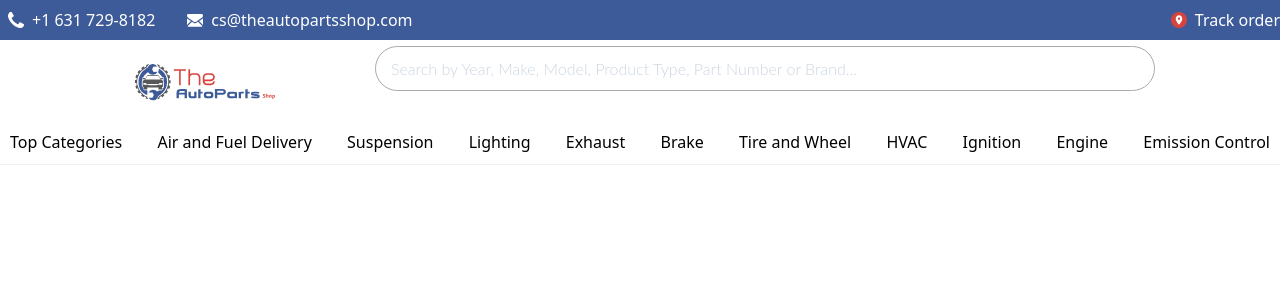
Repository: robindhimanspineor/TAPS-Next
Page: /
The author's editor kept a copy of each file at every save. The page is drawn from the files as they stood at one save, then again after the next save.
The browser window is 1280 px wide. The pictures show the whole page.
The project was rebuilt for these pictures with package versions that can differ from the ones it lists, and the page was loaded fresh each time. The framework's server and built-in components were replaced by stand-ins that run in the browser. Also part of the build but not shown: next.config.js.

Above is the page before, as saved 2021-09-16 17:14:21.

### src/pages/index.tsx
// import { useRouter } from 'next/router';

// import { Meta } from '../layout/Meta';
// import { Main } from '../templates/Main';
import Header from '../components/common/header';

const Index = () => {
  // const router = useRouter();

  return (
    // <Main
    //   meta={
    //     <Meta
    //       title="Next.js Boilerplate Presentation"
    //       description="Next js Boilerplate is the perfect starter code for your project. Build your React application with the Next.js framework."
    //     />
    //   }
    // >
    // </Main>
    <div>
      <main className="main-container block">
        <Header />
      </main>
    </div>
  );
};

export default Index;

### src/styles/main.css
@tailwind base;
a {
  @apply text-blue-700;
}

a:hover {
  @apply border-b-2 border-blue-700;
}

@tailwind components;
@tailwind utilities;
.content p {
  @apply my-6;
}

.content ul {
  @apply my-6;
}

a {
  text-decoration: none;
  color: black;
}

.main-header {
  display: flex;
  flex-direction: row;
  flex-wrap: nowrap;
  align-content: flex-start;
  align-items: center;
  height: 80px;
  max-width: 1580px;
  flex-grow: 1;
  width: 100%;
  padding: 0 125px 0 115px;
}

.logo {
  flex-basis: 260px;
  display: flex;
  align-items: center;
  justify-content: flex-start;
  padding-left: 20px;
}

.logo a {
  display: inline-block;
}

.logo a span {
  display: block;
  margin-top: 5px;
  width: 140px;
}

.searchbar {
  flex: 1;
}

.searchbar .form-group-wrapper {
  position: relative;
}

.searchbar .form-group-wrapper input {
  padding-right: 35px;
}

.searchbar input {
  border-radius: 50px;
  padding-right: 10px;
}

.react-autosuggest__input {
  width: 100%;
  height: 45px;
  padding: 0 65px 0 15px;
  font-weight: 300;
  font-size: 16px;
  border: 1px solid #aaa;
  border-radius: 4px;
  font-family: 'Lato';
}

### src/components/common/header/index.tsx
import TopHeader from './top-header';
import MainHeader from './main-header';
import CategoriesHeader from './categories-header';

const Header = () => {
  return (
    <header className="flex flex-col items-center justify-center w-full static border-b z-50">
      <TopHeader />
      <MainHeader />
      <CategoriesHeader />
    </header>
  );
};

export default Header;

### src/components/common/header/top-header.tsx
import PhoneHandle from '../../../svg/PhoneHandleSvg.js';
import MailBoxSvg from '../../../svg/MailBoxSvg.js';
import TrackOrderSvg from '../../../svg/TrackOrderSvg.js';

import topHeaderStyles from '../../../styles/top-header.module.css';
const TopHeader = () => {
  return (
    <div className={`${topHeaderStyles.bgBlue} head-top py-2 w-full text-base`}>
      <div className="w-screen max-w-screen-xl flex justify-between mx-auto">
        <div className="head-top-left flex text-white font-medium pl-2">
          <div className="head-top-phone flex items-center text-white w-auto">
            <div
              className="text-white h-6 w-6 flex items-center pr-2"
              style={{ fill: '#fff' }}
            >
              <PhoneHandle />
            </div>
            <p>+1 631 729-8182</p>
          </div>
          <div className="heap-top-email flex items-center text-white w-auto ml-8">
            <div
              className="text-white h-6 w-6 flex items-center pr-2"
              style={{ fill: '#fff' }}
            >
              <MailBoxSvg />
            </div>
            <p>cs@theautopartsshop.com</p>
          </div>
        </div>
        <div className="head-top-right text-white font-medium">
          <div
            className="head-top-track-order flex items-center text-white w-auto cursor-pointer"
            onClick={() => console.log('track order')}
          >
            <div
              className="text-white h-6 w-6 flex items-center pr-2 "
              style={{ fill: '#fff' }}
            >
              <TrackOrderSvg />
            </div>
            <p>Track order</p>
          </div>
        </div>
      </div>
    </div>
  );
};
export default TopHeader;

### src/components/common/header/main-header.tsx
import Logo from './logo';
import SearchBar from './searchbar';

const MainHeader = () => {
  return (
    <div className="main-header">
      <Logo />
      <SearchBar />
      <div className="cart-button"></div>
    </div>
  );
};

export default MainHeader;

### src/components/common/header/categories-header.tsx
import Link from 'next/link';
const CategoriesHeader = () => {
  return (
    <div className="header-categories w-screen max-w-screen-xl flex justify-between ">
      <Link href="/">
        <a className="m-2.5 text-black">Top Categories</a>
      </Link>
      <Link href="/air-and-fuel-delivery">
        <a className="m-2.5 text-black">Air and Fuel Delivery</a>
      </Link>
      <Link href="/suspension">
        <a className="m-2.5 text-black">Suspension</a>
      </Link>
      <Link href="/electrical-lighting-and-body">
        <a className="m-2.5 text-black">Lighting</a>
      </Link>
      <Link href="/exhaust">
        <a className="m-2.5 text-black">Exhaust</a>
      </Link>
      <Link href="/brake">
        <a className="m-2.5 text-black">Brake</a>
      </Link>
      <Link href="/tire-and-wheel">
        <a className="m-2.5 text-black">Tire and Wheel</a>
      </Link>
      <Link href="/hvac">
        <a className="m-2.5 text-black">HVAC</a>
      </Link>
      <Link href="/ignition">
        <a className="m-2.5 text-black">Ignition</a>
      </Link>
      <Link href="/engine">
        <a className="m-2.5 text-black">Engine</a>
      </Link>
      <Link href="/emission-control">
        <a className="m-2.5 text-black">Emission Control</a>
      </Link>
    </div>
  );
};

export default CategoriesHeader;

### src/svg/PhoneHandleSvg.js
import React from 'react';

const PhoneHandle = () => (
  <svg
    version="1.1"
    xmlns="http://www.w3.org/2000/svg"
    xmlnsXlink="http://www.w3.org/1999/xlink"
    x="0px"
    y="0px"
    width="401.998px"
    height="401.998px"
    viewBox="0 0 401.998 401.998"
    style={{ enableBackground: 'new 0 0 401.998 401.998' }}
    xmlSpace="preserve"
    aria-label="phone handle svg"
  >
    <g>
      <path
        d="M401.129,311.475c-1.137-3.426-8.371-8.473-21.697-15.129c-3.61-2.098-8.754-4.949-15.41-8.566
		c-6.662-3.617-12.709-6.95-18.13-9.996c-5.432-3.045-10.521-5.995-15.276-8.846c-0.76-0.571-3.139-2.234-7.136-5
		c-4.001-2.758-7.375-4.805-10.14-6.14c-2.759-1.327-5.473-1.995-8.138-1.995c-3.806,0-8.56,2.714-14.268,8.135
		c-5.708,5.428-10.944,11.324-15.7,17.706c-4.757,6.379-9.802,12.275-15.126,17.7c-5.332,5.427-9.713,8.138-13.135,8.138
		c-1.718,0-3.86-0.479-6.427-1.424c-2.566-0.951-4.518-1.766-5.858-2.423c-1.328-0.671-3.607-1.999-6.845-4.004
		c-3.244-1.999-5.048-3.094-5.428-3.285c-26.075-14.469-48.438-31.029-67.093-49.676c-18.649-18.658-35.211-41.019-49.676-67.097
		c-0.19-0.381-1.287-2.19-3.284-5.424c-2-3.237-3.333-5.518-3.999-6.854c-0.666-1.331-1.475-3.283-2.425-5.852
		s-1.427-4.709-1.427-6.424c0-3.424,2.713-7.804,8.138-13.134c5.424-5.327,11.326-10.373,17.7-15.128
		c6.379-4.755,12.275-9.991,17.701-15.699c5.424-5.711,8.136-10.467,8.136-14.273c0-2.663-0.666-5.378-1.997-8.137
		c-1.332-2.765-3.378-6.139-6.139-10.138c-2.762-3.997-4.427-6.374-4.999-7.139c-2.852-4.755-5.799-9.846-8.848-15.271
		c-3.049-5.424-6.377-11.47-9.995-18.131c-3.615-6.658-6.468-11.799-8.564-15.415C98.986,9.233,93.943,1.997,90.516,0.859
		C89.183,0.288,87.183,0,84.521,0c-5.142,0-11.85,0.95-20.129,2.856c-8.282,1.903-14.799,3.899-19.558,5.996
		c-9.517,3.995-19.604,15.605-30.264,34.826C4.863,61.566,0.01,79.271,0.01,96.78c0,5.135,0.333,10.131,0.999,14.989
		c0.666,4.853,1.856,10.326,3.571,16.418c1.712,6.09,3.093,10.614,4.137,13.56c1.045,2.948,2.996,8.229,5.852,15.845
		c2.852,7.614,4.567,12.275,5.138,13.988c6.661,18.654,14.56,35.307,23.695,49.964c15.03,24.362,35.541,49.539,61.521,75.521
		c25.981,25.98,51.153,46.49,75.517,61.526c14.655,9.134,31.314,17.032,49.965,23.698c1.714,0.568,6.375,2.279,13.986,5.141
		c7.614,2.854,12.897,4.805,15.845,5.852c2.949,1.048,7.474,2.43,13.559,4.145c6.098,1.715,11.566,2.905,16.419,3.576
		c4.856,0.657,9.853,0.996,14.989,0.996c17.508,0,35.214-4.856,53.105-14.562c19.219-10.656,30.826-20.745,34.823-30.269
		c2.102-4.754,4.093-11.273,5.996-19.555c1.909-8.278,2.857-14.985,2.857-20.126C401.99,314.814,401.703,312.819,401.129,311.475z"
      />
    </g>
    <g />
    <g />
    <g />
    <g />
    <g />
    <g />
    <g />
    <g />
    <g />
    <g />
    <g />
    <g />
    <g />
    <g />
    <g />
  </svg>
);

export default PhoneHandle;

### src/svg/MailBoxSvg.js
import React from 'react';

const MailBoxSvg = () => (
  <svg
    version="1.1"
    xmlns="http://www.w3.org/2000/svg"
    xmlnsXlink="http://www.w3.org/1999/xlink"
    x="0px"
    y="0px"
    width="550.795px"
    height="550.795px"
    viewBox="0 0 550.795 550.795"
    style={{ enableBackground: 'new 0 0 550.795 550.795' }}
    xmlSpace="preserve"
    aria-label="mail box"
  >
    <g>
      <g>
        <path
          d="M501.613,491.782c12.381,0,23.109-4.088,32.229-12.16L377.793,323.567c-3.744,2.681-7.373,5.288-10.801,7.767
			c-11.678,8.604-21.156,15.318-28.434,20.129c-7.277,4.822-16.959,9.737-29.045,14.755c-12.094,5.024-23.361,7.528-33.813,7.528
			h-0.306h-0.306c-10.453,0-21.72-2.503-33.813-7.528c-12.093-5.018-21.775-9.933-29.045-14.755
			c-7.277-4.811-16.75-11.524-28.434-20.129c-3.256-2.387-6.867-5.006-10.771-7.809L16.946,479.622
			c9.119,8.072,19.854,12.16,32.234,12.16H501.613z"
        />
        <path
          d="M31.047,225.299C19.37,217.514,9.015,208.598,0,198.555V435.98l137.541-137.541
			C110.025,279.229,74.572,254.877,31.047,225.299z"
        />
        <path
          d="M520.059,225.299c-41.865,28.336-77.447,52.73-106.75,73.195l137.486,137.492V198.555
			C541.98,208.396,531.736,217.306,520.059,225.299z"
        />
        <path
          d="M501.613,59.013H49.181c-15.784,0-27.919,5.33-36.42,15.979C4.253,85.646,0.006,98.97,0.006,114.949
			c0,12.907,5.636,26.892,16.903,41.959c11.267,15.061,23.256,26.891,35.961,35.496c6.965,4.921,27.969,19.523,63.012,43.801
			c18.917,13.109,35.368,24.535,49.505,34.395c12.05,8.396,22.442,15.667,31.022,21.701c0.985,0.691,2.534,1.799,4.59,3.269
			c2.215,1.591,5.018,3.61,8.476,6.107c6.659,4.816,12.191,8.709,16.597,11.683c4.4,2.975,9.731,6.298,15.985,9.988
			c6.249,3.685,12.143,6.456,17.675,8.299c5.533,1.842,10.655,2.766,15.367,2.766h0.306h0.306c4.711,0,9.834-0.924,15.368-2.766
			c5.531-1.843,11.42-4.608,17.674-8.299c6.248-3.69,11.572-7.02,15.986-9.988c4.406-2.974,9.938-6.866,16.598-11.683
			c3.451-2.497,6.254-4.517,8.469-6.102c2.057-1.476,3.605-2.577,4.596-3.274c6.684-4.651,17.1-11.892,31.104-21.616
			c25.482-17.705,63.01-43.764,112.742-78.281c14.957-10.447,27.453-23.054,37.496-37.803c10.025-14.749,15.051-30.22,15.051-46.408
			c0-13.525-4.873-25.098-14.598-34.737C526.461,63.829,514.932,59.013,501.613,59.013z"
        />
      </g>
    </g>
    <g />
    <g />
    <g />
    <g />
    <g />
    <g />
    <g />
    <g />
    <g />
    <g />
    <g />
    <g />
    <g />
    <g />
    <g />
  </svg>
);

export default MailBoxSvg;

### src/svg/TrackOrderSvg.js
import React from 'react';

const TrackOrderSvg = () => (
    <svg xmlns="http://www.w3.org/2000/svg"
        version="1.1"
        id="Layer_1"
        x="0px"
        y="0px"
        viewBox="0 0 28 28"
        style={{ enableBackground: "new 0 0 28 28" }}>

        <circle id="Ellipse_2" fill="#D9433E" cx="14" cy="14" r="14" />
        <path id="Icon_material-location-on" fill="#FFFFFF" d="M14,5.9c-3.1,0-5.7,2.5-5.7,5.7c0,0,0,0,0,0c0,4.3,5.7,10.5,5.7,10.5  s5.7-6.3,5.7-10.5C19.7,8.4,17.1,5.9,14,5.9C14,5.9,14,5.9,14,5.9z M14,13.6c-1.1,0-2-0.9-2-2c0-1.1,0.9-2,2-2c1.1,0,2,0.9,2,2l0,0  C16,12.7,15.1,13.6,14,13.6z" />
    </svg>
);

export default TrackOrderSvg;

### src/styles/top-header.module.css
.bgBlue {
  background-color: #3d5b99;
}

### src/components/common/header/logo.tsx
import React from 'react';
import Link from 'next/link';

const Logo = () => (
  <div className="logo">
    <Link href="/">
      <a>
        <span>
          <svg x="0px" y="0px" viewBox="0 0 1004.91 260.67">
            <title>theautopartsshop.com</title>
            <path
              fill="#ff0"
              d="M231.67,154.11"
              transform="translate(-48.51 -38.87)"
            />
            <path
              fill="#ff0"
              d="M259.25,150.17"
              transform="translate(-48.51 -38.87)"
            />
            <path
              fill="#d9433e"
              d="M327.3,76.1h86.6V87.9H376.66V191.22H364.95V87.9H327.3Z"
              transform="translate(-48.51 -38.87)"
            />
            <path
              fill="#d9433e"
              d="M431.62,76h12.2v33.85q8.8-5.33,15.59-5.33h31.1q10.58,0,20.92,10.66,6.87,7.35,6.87,23.59v52.43H506.5V137.58q0-16.07-12.12-20.12l-5.33-.73H461.67q-13.81,0-17.53,12.93l-.32,2.67v58.89h-12.2Z"
              transform="translate(-48.51 -38.87)"
            />
            <path
              fill="#d9433e"
              d="M564.53,104.46h28.19q20.2,0,28.2,21.65l.73,5.74v3.39q0,14.46-16.32,24.4A35.87,35.87,0,0,1,592,162.3H547.08V163q0,11.47,13.33,15.59l7.59.81h20.92q15.83,0,20.12-11.39a34.07,34.07,0,0,0,1.54-6.14h11.07q0,20.76-22.46,28.6l-6.46.73h-24.4q-24.16,0-31.91-19.39a43.41,43.41,0,0,1-1.53-10.66V134.11q0-19.63,19-27.79A26.84,26.84,0,0,1,564.53,104.46Zm-17.85,33.85v12.2h41.12q17,0,20.52-10.34a15.89,15.89,0,0,0,1.54-7.19q0-7-6.06-12.52-4.2-4.2-15.27-4.2H568.73q-12.52,0-16.72,4.93Q546.68,125.38,546.68,138.31Z"
              transform="translate(-48.51 -38.87)"
            />
            <path
              fill="#d9433e"
              d="M983.65,273.4a6.78,6.78,0,0,1-2.56,5.6,11.11,11.11,0,0,1-7.12,2,16.71,16.71,0,0,1-7.43-1.58V274.3A30.63,30.63,0,0,0,971,276a13.3,13.3,0,0,0,3.37.49,4.79,4.79,0,0,0,2.81-.7,2.4,2.4,0,0,0,1-2.08,2.3,2.3,0,0,0-.43-1.37,4.81,4.81,0,0,0-1.27-1.16,32.89,32.89,0,0,0-3.4-1.78,16.1,16.1,0,0,1-3.61-2.17,8.15,8.15,0,0,1-1.92-2.42,6.91,6.91,0,0,1-.72-3.23,6.78,6.78,0,0,1,2.36-5.47,9.8,9.8,0,0,1,6.53-2,15.4,15.4,0,0,1,3.9.48,26.89,26.89,0,0,1,3.89,1.36l-1.79,4.33a26.36,26.36,0,0,0-3.47-1.2,11.18,11.18,0,0,0-2.7-.34,3.57,3.57,0,0,0-2.42.74,2.42,2.42,0,0,0-.84,1.92,2.38,2.38,0,0,0,.34,1.28,3.74,3.74,0,0,0,1.09,1.06,33.55,33.55,0,0,0,3.53,1.84,14,14,0,0,1,5,3.53A6.89,6.89,0,0,1,983.65,273.4Z"
              transform="translate(-48.51 -38.87)"
            />
            <path
              fill="#d9433e"
              d="M1006.43,280.69H1001V269q0-4.34-3.23-4.34a3.67,3.67,0,0,0-3.32,1.56,9.53,9.53,0,0,0-1,5.06v9.44H987.9V252.75h5.48v5.69q0,.67-.13,3.12l-.12,1.62h.29a6.34,6.34,0,0,1,5.82-2.94,7.11,7.11,0,0,1,5.37,1.9,7.56,7.56,0,0,1,1.83,5.46Z"
              transform="translate(-48.51 -38.87)"
            />
            <path
              fill="#d9433e"
              d="M1030.23,270.62q0,4.9-2.58,7.67a9.37,9.37,0,0,1-7.2,2.76,10.07,10.07,0,0,1-5.1-1.27,8.41,8.41,0,0,1-3.39-3.64,12.21,12.21,0,0,1-1.19-5.53q0-4.92,2.57-7.65a9.43,9.43,0,0,1,7.22-2.73,10.13,10.13,0,0,1,5.1,1.26,8.39,8.39,0,0,1,3.39,3.61A12.1,12.1,0,0,1,1030.23,270.62Zm-13.88,0a8.42,8.42,0,0,0,1,4.51,3.5,3.5,0,0,0,3.19,1.53,3.44,3.44,0,0,0,3.15-1.52,8.54,8.54,0,0,0,1-4.51,8.29,8.29,0,0,0-1-4.47,4.12,4.12,0,0,0-6.34,0A8.28,8.28,0,0,0,1016.35,270.62Z"
              transform="translate(-48.51 -38.87)"
            />
            <path
              fill="#d9433e"
              d="M1045.7,281a6.65,6.65,0,0,1-5.55-2.57h-.29q.29,2.51.29,2.91v8.13h-5.48v-28.9h4.45l.77,2.6h.25a6.33,6.33,0,0,1,5.69-3,6.51,6.51,0,0,1,5.57,2.75q2,2.75,2,7.63a15.07,15.07,0,0,1-.94,5.58,7.83,7.83,0,0,1-2.68,3.61A6.88,6.88,0,0,1,1045.7,281Zm-1.62-16.43a3.46,3.46,0,0,0-3,1.25,7.16,7.16,0,0,0-1,4.12v.59a8.45,8.45,0,0,0,1,4.63,3.43,3.43,0,0,0,3,1.4q3.68,0,3.68-6.07a8.67,8.67,0,0,0-.91-4.44A3.09,3.09,0,0,0,1044.09,264.62Z"
              transform="translate(-48.51 -38.87)"
            />
            <path
              fill="#3d5b99"
              d="M363.38,284.2h-16.7V251.25a79.65,79.65,0,0,1,1.21-14.73A20.87,20.87,0,0,1,353,226q3.88-4.2,11.12-6.34t19.2-2.14a168.44,168.44,0,0,1,20.76,1.21q9.69,1.21,17.19,1.92V284.2H404.64V258.48H363.47Zm41.25-51.52q-4.82-.36-10.22-.58t-11.3-.22a39.21,39.21,0,0,0-9.46.94,14.28,14.28,0,0,0-5.8,2.77,10.42,10.42,0,0,0-3.08,4.38,21.9,21.9,0,0,0-1.21,5.76h41.07Z"
              transform="translate(-48.51 -38.87)"
            />
            <path
              fill="#3d5b99"
              d="M459.73,285.27a67,67,0,0,1-11.92-.94,19.65,19.65,0,0,1-8.57-3.57,16,16,0,0,1-5.18-7.28,34.9,34.9,0,0,1-1.74-12.05V238.57H449v22.86a14,14,0,0,0,.63,4.55,6.31,6.31,0,0,0,1.92,2.86,7.71,7.71,0,0,0,3.3,1.52,22.7,22.7,0,0,0,4.87.45q1.69,0,3.13,0t3-.18l3.39-.27q1.83-.13,4.42-.4V238.57h16.61v43.57q-3.39.45-6.79,1t-7.1,1q-3.71.45-7.77.76T459.73,285.27Z"
              transform="translate(-48.51 -38.87)"
            />
            <path
              fill="#3d5b99"
              d="M533.48,250.36H518.93V284.2h-16.7V222.59l16.7-4.29v19.29h14.55Z"
              transform="translate(-48.51 -38.87)"
            />
            <path
              fill="#3d5b99"
              d="M576.87,237.59a117.41,117.41,0,0,1,16.21.94,26.66,26.66,0,0,1,10.67,3.57,14.69,14.69,0,0,1,5.89,7.28,41.59,41.59,0,0,1,0,24.11,14.68,14.68,0,0,1-5.89,7.28,26.63,26.63,0,0,1-10.67,3.57,140.93,140.93,0,0,1-32.46,0A26.3,26.3,0,0,1,550,280.76a14.73,14.73,0,0,1-5.85-7.28,41.58,41.58,0,0,1,0-24.11A14.75,14.75,0,0,1,550,242.1a26.33,26.33,0,0,1,10.67-3.57A118.41,118.41,0,0,1,576.87,237.59Zm0,33.21q5.09,0,8.39-.31a14.21,14.21,0,0,0,5.18-1.29,5.5,5.5,0,0,0,2.63-2.81,13.24,13.24,0,0,0,.76-5,13.61,13.61,0,0,0-.76-5,5.48,5.48,0,0,0-2.63-2.86,14.27,14.27,0,0,0-5.18-1.29q-3.3-.31-8.39-.31t-8.39.31a14.7,14.7,0,0,0-5.22,1.29,5.24,5.24,0,0,0-2.63,2.86,14.34,14.34,0,0,0-.71,5,14,14,0,0,0,.71,5,5.26,5.26,0,0,0,2.63,2.81,14.64,14.64,0,0,0,5.22,1.29Q571.78,270.81,576.87,270.81Z"
              transform="translate(-48.51 -38.87)"
            />
            <path
              fill="#3d5b99"
              d="M672.05,218.21a57.24,57.24,0,0,1,13.71,1.38,23.44,23.44,0,0,1,8.79,4,14.2,14.2,0,0,1,4.69,6.34,24.65,24.65,0,0,1,1.38,8.57,28.61,28.61,0,0,1-1.29,9.11,13,13,0,0,1-4.51,6.29,22,22,0,0,1-8.75,3.66,67.6,67.6,0,0,1-14,1.21H638.66V284.2H622.05v-66h50Zm0,27.77a43.81,43.81,0,0,0,5.67-.31,11.57,11.57,0,0,0,3.88-1.12,5,5,0,0,0,2.23-2.28,8.72,8.72,0,0,0,.71-3.79,8.11,8.11,0,0,0-.8-3.88,5.48,5.48,0,0,0-2.37-2.28,11.43,11.43,0,0,0-3.93-1.07,48.49,48.49,0,0,0-5.4-.27H638.66v15Z"
              transform="translate(-48.51 -38.87)"
            />
            <path
              fill="#3d5b99"
              d="M744.11,237.59a113.36,113.36,0,0,1,12.5.71q6.43.72,11.88,1.52,6.25,1,12.41,2.14V284.2H768.84L766.79,282a54.66,54.66,0,0,1-9.6,2.32,80.48,80.48,0,0,1-13.08,1,118.41,118.41,0,0,1-16.25-.94,26.68,26.68,0,0,1-10.71-3.57,14.66,14.66,0,0,1-5.89-7.28,41.57,41.57,0,0,1,0-24.11,14.67,14.67,0,0,1,5.89-7.28,26.71,26.71,0,0,1,10.71-3.57A118.41,118.41,0,0,1,744.11,237.59Zm0,33.21q1.69,0,4.15-.09t5.18-.22l5.54-.27q2.81-.13,5.31-.31V252.86q-2.5-.09-5.31-.27t-5.54-.31q-2.72-.13-5.18-.22t-4.15-.09q-5.09,0-8.39.31a14.7,14.7,0,0,0-5.22,1.29,5.24,5.24,0,0,0-2.63,2.86,14.33,14.33,0,0,0-.71,5,13.94,13.94,0,0,0,.71,5,5.26,5.26,0,0,0,2.63,2.81,14.64,14.64,0,0,0,5.22,1.29Q739,270.81,744.11,270.81Z"
              transform="translate(-48.51 -38.87)"
            />
            <path
              fill="#3d5b99"
              d="M801.17,239.33q4.46-.58,9.2-1t9.64-.58q4.91-.18,9.64-.18v12q-5.09.27-8.79.71t-6.29.89q-2.95.54-5.09,1.07v32H792.86V240.72Q796.7,239.91,801.17,239.33Z"
              transform="translate(-48.51 -38.87)"
            />
            <path
              fill="#3d5b99"
              d="M871.52,250.36H857V284.2h-16.7V222.59L857,218.3v19.29h14.55Z"
              transform="translate(-48.51 -38.87)"
            />
            <path
              fill="#3d5b99"
              d="M943.67,270.9a12.91,12.91,0,0,1-1.74,6.92,11.93,11.93,0,0,1-5.8,4.51,38.31,38.31,0,0,1-10.71,2.37,144.32,144.32,0,0,1-16.56.49q-3.75-.09-7.68-.4t-7.41-.76q-3.48-.45-6.29-.89l-4.42-.71V271.88q5.44.27,10.45.45,4.28.18,8.66.31t7,.13q5.44.18,8.79.13a40.62,40.62,0,0,0,5.13-.31,5.15,5.15,0,0,0,2.37-.76,1.9,1.9,0,0,0,.67-1.29,1.21,1.21,0,0,0-.36-1.12,3.88,3.88,0,0,0-1.7-.67,28.45,28.45,0,0,0-3.44-.45l-5.58-.45q-10.72-.8-17.41-2a40.1,40.1,0,0,1-10.45-3,10.28,10.28,0,0,1-5-4.51,14.65,14.65,0,0,1-1.29-6.43,12.16,12.16,0,0,1,1.74-6.61,12.55,12.55,0,0,1,5.8-4.55,37.81,37.81,0,0,1,10.71-2.54,129.93,129.93,0,0,1,16.56-.58q4.37.09,8.75.54t7.86,1q4.11.63,7.77,1.34v10.89q-2.32-.27-5.67-.49t-6.83-.4q-3.48-.18-6.7-.31l-5.45-.22q-5.54-.09-8.84,0a46.56,46.56,0,0,0-5.13.36,5.23,5.23,0,0,0-2.41.76,1.52,1.52,0,0,0-.58,1.21,1.45,1.45,0,0,0,.36,1.07,3.35,3.35,0,0,0,1.52.63,24.73,24.73,0,0,0,3.35.45l5.85.45q10.8.8,17.5,2a40.41,40.41,0,0,1,10.4,3,10.31,10.31,0,0,1,5,4.51A14.66,14.66,0,0,1,943.67,270.9Z"
              transform="translate(-48.51 -38.87)"
            />
            <path
              fill="#58585a"
              d="M246.48,147.78a4.09,4.09,0,0,0,4.09-4.09v-2.74a2.07,2.07,0,0,0-2.3-2.06l-18,2-2.48-3.84-10-15.38a7.11,7.11,0,0,0-6-3.25H140.45a6.18,6.18,0,0,0-5.33,3L126,137l-2.35,4-16.24-1.91a3.32,3.32,0,0,0-3.71,3.3v1.77a3.65,3.65,0,0,0,3.65,3.65h12.29l-2.76,4.69-6,3.33-6,3.33a3.32,3.32,0,0,0-1.7,2.9v37.46a2.66,2.66,0,0,0,2.14,2.61l1.74,1,1.74,1a3,3,0,0,1,2.4,2.91l0,5.4,0,8a2.1,2.1,0,0,0,2.36,2.07l1.59-.19,1.59-.19h17.6a1.83,1.83,0,0,0,1.83-1.83V206.72h80.39v13.5a1.92,1.92,0,0,0,1.92,1.92h22a1.91,1.91,0,0,0,1.91-1.91V207.06a3.22,3.22,0,0,1,1.37-2.64l2-1,2-1a3.32,3.32,0,0,0,1.83-1,2.86,2.86,0,0,0,.77-1.9V161.24a3.28,3.28,0,0,0-1.74-2.9l-5.53-2.94-5.53-2.94-4.12-6.37,1.39,1.68ZM137.42,123h77.66l18.27,27.41H121.43Zm104.14,52.61a3.58,3.58,0,0,1,3.58,3.58v5.37a3.24,3.24,0,0,1-3.24,3.24h-30a3.59,3.59,0,0,0-3,1.69l-.3.48-.3.48a3.41,3.41,0,0,1-2.89,1.6H150.66a3.15,3.15,0,0,1-2.67-1.48l-.32-.51-.32-.51a3.75,3.75,0,0,0-3.18-1.76H111.57a3.37,3.37,0,0,1-3.37-3.37v-5.52a3.3,3.3,0,0,1,3.3-3.3h15a3.45,3.45,0,0,1,3.41,2.89l.22,1,.22,1a2.37,2.37,0,0,0,2.32,1.86h85.46a2.53,2.53,0,0,0,2.52-2.52v-.31a3.94,3.94,0,0,1,3.94-3.94h17Z"
              transform="translate(-48.51 -38.87)"
            />
            <path
              fill="#58585a"
              d="M147.65,44.92V39.66l-18.16,5.68a2.82,2.82,0,0,0-1.8,3.68l2.89,7.71-14.44,7.88-5.7-8a1.51,1.51,0,0,0-2.09-.36L93.76,67.68a1.51,1.51,0,0,0-.37,2.12l5.67,6.63L87.25,88.25l-6.61-5.78a1.51,1.51,0,0,0-2.07.46L67,97.63a1.51,1.51,0,0,0,.3,2l6.85,5.71-6.57,13.13-9-2.26a1.51,1.51,0,0,0-1.83,1.1l-4.53,18.13a1.51,1.51,0,0,0,1.05,1.82L61,139.46l-2,15.1H50a1.51,1.51,0,0,0-1.51,1.51v18A1.51,1.51,0,0,0,50,175.57h9l1.31,17.07L52.42,196a1.51,1.51,0,0,0-.84,1.87l5.67,17a1.51,1.51,0,0,0,1.85,1l7.8-2.23,7.88,14.44-7.93,5.67a1.51,1.51,0,0,0-.33,2.13l10,13.38a1.51,1.51,0,0,0,2,.35l8-4.46L98.41,257l-5.55,6.66a1.51,1.51,0,0,0,.25,2.17L106.65,276a1.51,1.51,0,0,0,1.87,0l7-5.8,13.13,6.57-3.29,7.68a1.51,1.51,0,0,0,.91,2l18.14,6-11.82-21s-52.52-15.76-67-85.35c0,0-17.07-84,69.59-124.74C135.18,61.33,139.12,50.83,147.65,44.92Z"
              transform="translate(-48.51 -38.87)"
            />
            <path
              fill="#3d5b99"
              d="M182.26,96.67,171.12,78.25l8.44-20,28.33-2.17A38.73,38.73,0,0,0,140,62.58l0,1.65c-17.78,9.3-53.1,34.1-63,75.89,0,0-10.77,44,7.45,79.68,0,0,12,27.32,52.1,42l.88-29.77-1.25-2.58a6.82,6.82,0,0,0-4.09-1.36H116.16a7.85,7.85,0,0,1-5.55-2.3,2.62,2.62,0,0,1-.77-1.85V212.75a5.15,5.15,0,0,0-1.51-3.65l-9.23-7.91a5.2,5.2,0,0,1-1.52-3.68v-33a12.31,12.31,0,0,1,1.3-5.51l1.1-2.21a6.26,6.26,0,0,0,.66-2.8l.31-13.75s1.81-5,4-5h2.11c1.87,0,4.62-8.24,5.66-9.8,3.1-4.63,18.15-19,30.25-28.8l.32,2.38a38.73,38.73,0,0,0,67.23-4.46Z"
              transform="translate(-48.51 -38.87)"
            />
            <path
              fill="#3d5b99"
              d="M277.2,145.8c-11.37-54.92-57.36-72.24-57.36-72.24L215,101.14c12.35,7.41,24.69,24.76,29,31.23a5.6,5.6,0,0,0,4.66,2.49h2.11c2.23,0,4,.5,4,2.73l-1.31,22.06a6.26,6.26,0,0,0,.66,2.8l1.1,2.21a12.31,12.31,0,0,1,1.3,5.51v33a5.2,5.2,0,0,1-1.52,3.68l-7.91,6.6a5.16,5.16,0,0,0-1.51,3.65v6a2.62,2.62,0,0,1-.77,1.85c-1.47,1.47-3.47,3.61-5.55,3.61H223.43a6.82,6.82,0,0,0-4.09,1.36L208,236.67a37.94,37.94,0,0,0-61.74,6l27.82-.07,9.65,18.9-9.56,18.9-27.82.07a38,38,0,0,0,66.1-.4l.5-7.91,2.73-3.69c37.06-22.67,47.55-45.64,47.55-45.64C284.21,197.23,277.2,145.8,277.2,145.8Z"
              transform="translate(-48.51 -38.87)"
            />
            <path
              fill="#58585a"
              d="M207.4,46.23V41l15.54,5.68a2.82,2.82,0,0,1,1.8,3.68L224.47,58l11.82,7.88,5.7-8a1.51,1.51,0,0,1,2.09-.36L258.66,69a1.51,1.51,0,0,1,.37,2.12l-5.67,6.63,11.82,11.82,6.61-5.78a1.51,1.51,0,0,1,2.07.46l11.6,14.69a1.51,1.51,0,0,1-.3,2l-8.17,4.4,7.88,14.44,9-2.26a1.51,1.51,0,0,1,1.83,1.1l4.53,18.13a1.51,1.51,0,0,1-1.05,1.82l-6.47,2.22.66,15.1h9a1.51,1.51,0,0,1,1.51,1.51v18a1.51,1.51,0,0,1-1.51,1.51h-9L290.78,194,300,196a1.51,1.51,0,0,1,.84,1.87l-5.67,18.32a1.51,1.51,0,0,1-1.85,1L284.21,215l-7.88,13.13,7.93,5.67a1.51,1.51,0,0,1,.33,2.13l-11.35,14.69a1.51,1.51,0,0,1-2,.35l-6.69-4.46L252.7,258.29l5.55,5.34a1.51,1.51,0,0,1-.25,2.17l-13.53,11.46a1.51,1.51,0,0,1-1.87,0l-5.65-8.43-13.13,7.88.67,9a1.51,1.51,0,0,1-.91,2l-15.51,4.73,13.13-22.32S269.11,257,285.52,188.7c0,0,21-84-65.65-124.74C219.87,64,215.93,52.14,207.4,46.23Z"
              transform="translate(-48.51 -38.87)"
            />
          </svg>
        </span>
      </a>
    </Link>
  </div>
);

export default Logo;

### src/components/common/header/searchbar.tsx
import { useState } from 'react';

const SearchBar = () => {
  const [value, setvalue] = useState('');

  const onChange = (event: any) => {
    setvalue(event.target.value);
  };

  const handleSearch = (event: any) => {
    event.preventDefault();
    // if (state.value.trim().length === 0) {
    //   document.getElementById('searchinput').classList.add('error');
    // } else {
    //   const path = `/search/${encodeURIComponent(state.value.trim())}`;
    //   // GA Tracling
    //   dataLayer.push({
    //     'search-input': this.state.value,
    //   });

    //   this.props.router.push(path);
    // }
  };

  // render() {
  //   const { value } = this.state;

  return (
    <div className="searchbar">
      <form id="textSearchForm" onSubmit={handleSearch}>
        <div className="form-group-wrapper">
          <input
            type="text"
            id="searchinput"
            placeholder="Search by Year, Make, Model, Product Type, Part Number or Brand..."
            value={value}
            onChange={onChange}
            className="react-autosuggest__input"
            aria-label="Search part you need"
            autoComplete="off"
          />

          <div className="search-icon">
            <button type="submit" id="searchButton" aria-label="Search">
              <span>
                <svg
                  x="0px"
                  y="0px"
                  viewBox="0 0 52.966 52.966"
                  // style={{ background: 'new 0 0 52.966 52.966' }}
                  xmlSpace="preserve"
                  aria-label="search icon"
                >
                  {' '}
                  <path
                    d="M51.704,51.273L36.845,35.82c3.79-3.801,6.138-9.041,6.138-14.82c0-11.58-9.42-21-21-21s-21,9.42-21,21s9.42,21,21,21
                                    c5.083,0,9.748-1.817,13.384-4.832l14.895,15.491c0.196,0.205,0.458,0.307,0.721,0.307c0.25,0,0.499-0.093,0.693-0.279
                                    C52.074,52.304,52.086,51.671,51.704,51.273z M21.983,40c-10.477,0-19-8.523-19-19s8.523-19,19-19s19,8.523,19,19
                                    S32.459,40,21.983,40z"
                    fill="#FFFFFF"
                  />
                </svg>
              </span>
            </button>
          </div>
        </div>
      </form>
    </div>
  );
};

export default SearchBar;

Loaded but not shown: src/pages/_app.tsx (common file); src/pages/_document.tsx (common file); src/utils/AppConfig.ts (common file); tailwind.config.js (common file)

After the next save:
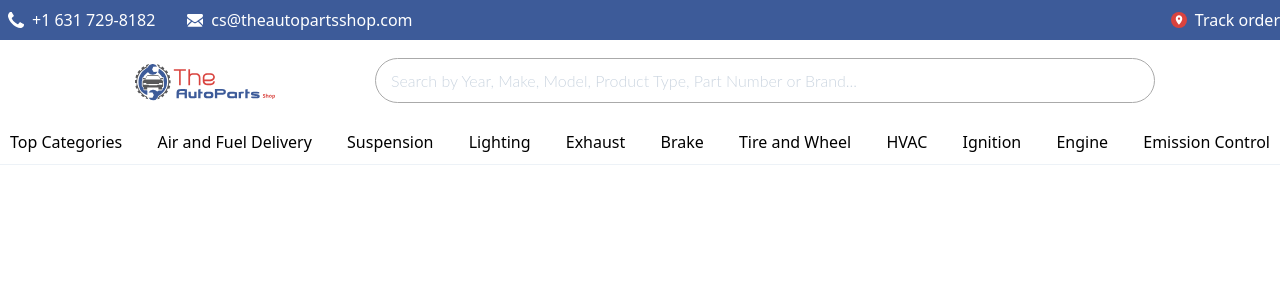
Saved 35 s later.
--- a/src/styles/main.css
+++ b/src/styles/main.css
@@ -80,3 +80,11 @@ a {
   border-radius: 4px;
   font-family: 'Lato';
 }
+
+.searchbar .form-group-wrapper .search-icon {
+  position: absolute;
+  top: 4px;
+  bottom: 4px;
+  right: 10px;
+  border-radius: 0 3px 3px 0;
+}
